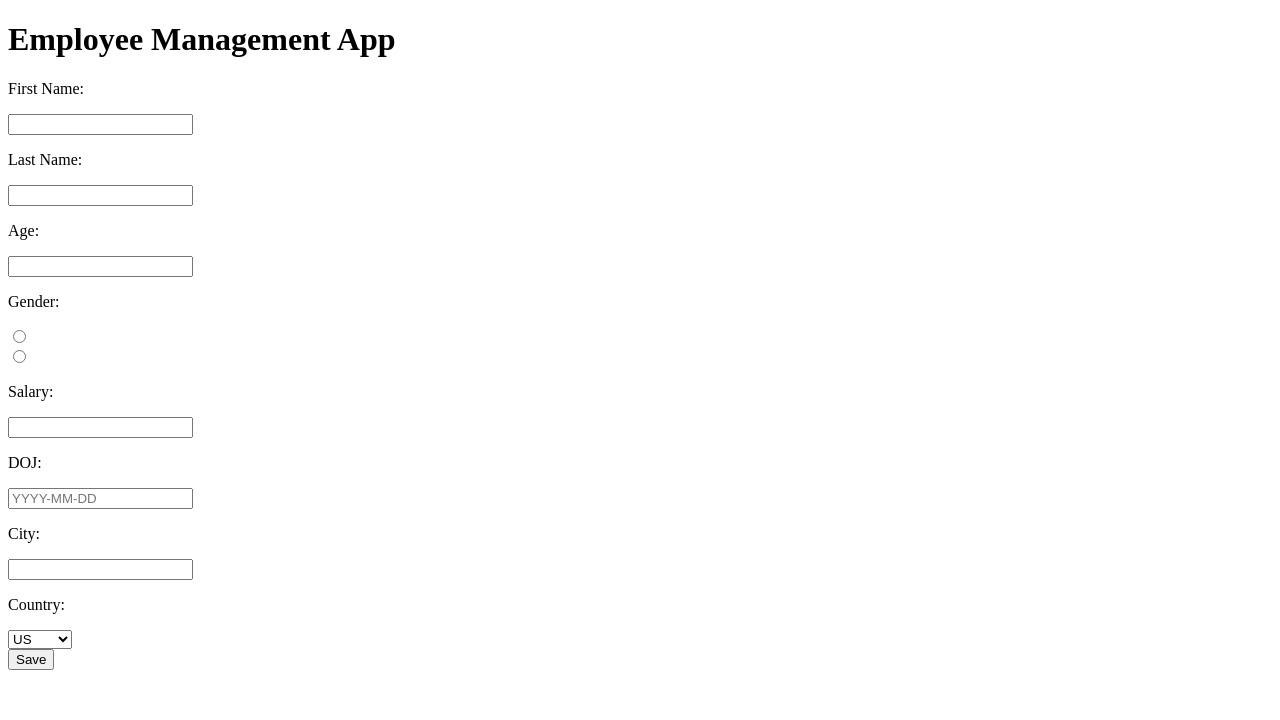
Repository: SaumyaGuptaTechnokrat/Employee_management
Page: http://localhost/Employee/add.jsp
The author's editor kept a copy of each file at every save. The page is drawn from the files as they stood at one save, then again after the next save.
The browser window is 1280 px wide. The pictures show the whole page.
The page is served by Tomcat 9. Other server files are loaded and not shown.

Above is the page before, as saved 2023-02-11 10:39:13.

### Employee/src/main/webapp/add.jsp
<%@ page language="java" contentType="text/html; charset=ISO-8859-1"
    pageEncoding="ISO-8859-1"%>
<!DOCTYPE html>
<html>
<head>
<meta charset="ISO-8859-1">
<title>Insert title here</title>
</head>
<body>
<h1>Employee Management App</h1>
<div class="form_container">
<form action="addRecord.jsp" method="post" >

		<p>First Name:</p><input name="fName" type="text"><br>
		<p>Last Name:</p><input name="lName" type="text"><br>
		<p>Age:</p><input name="age" type="number"><br>
		<p>Gender:</p><input name="Gender" type="radio" value="M"><br>
		<input type="radio" name="Gender" value="F"><br>
		<p>Salary:</p><input name="salary" type="text"><br>
		<p>DOJ:</p><input name="Doj" placeholder="YYYY-MM-DD" type="text"><br>
		<p>City:</p><input name="City" type="text"><br>
		<p>Country:</p><select name="Country">
		<option value="US">US<option/>
		<option value="US">INDIA<option/>
		<option value="US">UK<option/>
		<option value="US">JAPAN<option/>
		</select>
		<br>
		 <input type="submit" id="Submit" value="Save">
</form>
</div>

</body>
</html>

### Employee/src/main/webapp/Mystyle.css
h1{
	text-align:center;padding-top:20px;color:gray;font-size:550%;
}
.form_container{
	margin:0% 30%;
	width:30%;
	border:1px black solid;
	display:grid;
	justify-content:center;
}
input{
	width:99%;
}
#Submit{
	margin-top:5px;
	border:1px black solid;
	border-radius:10px;
}

After the next save:
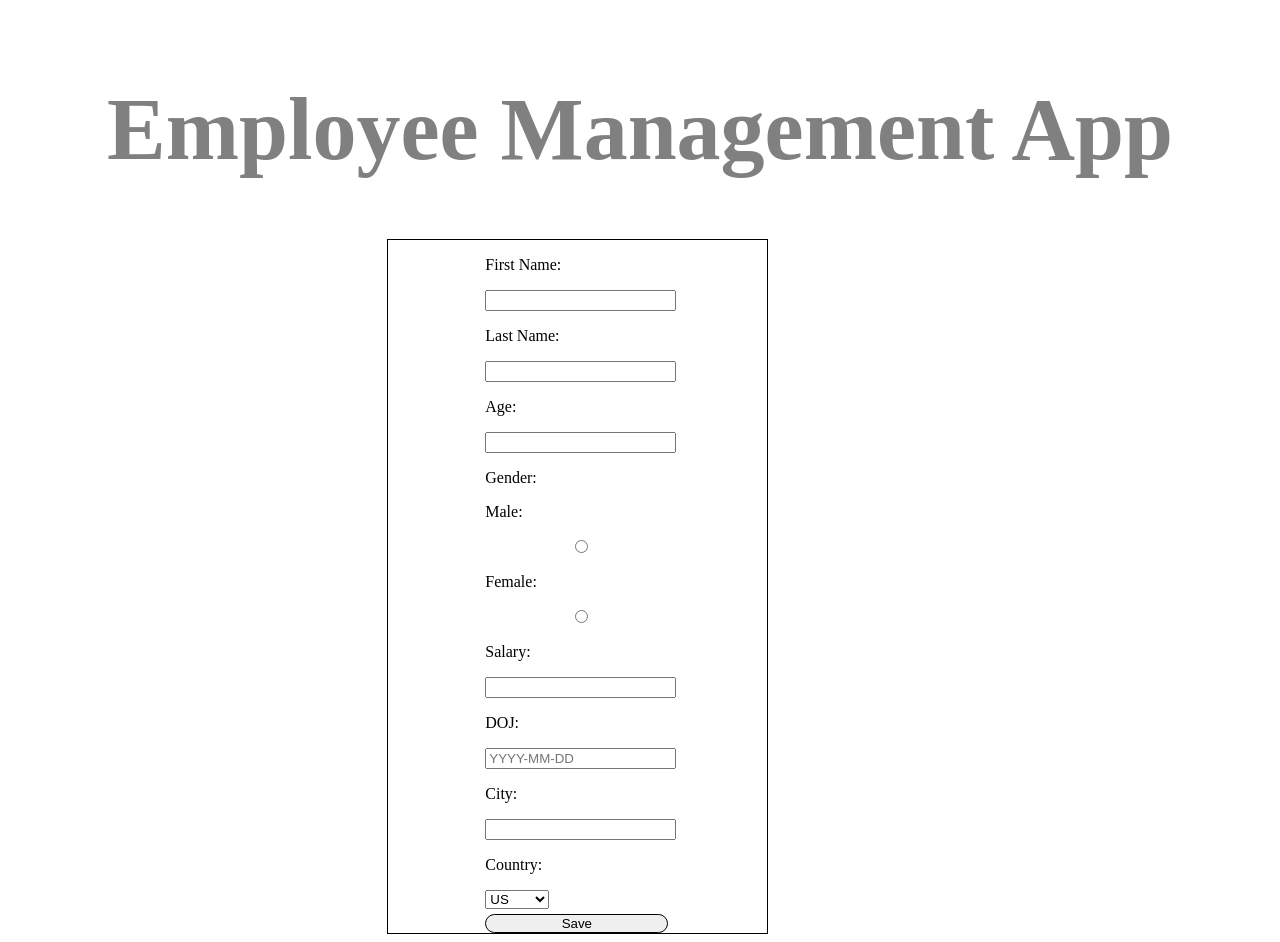
Saved 4 min 37 s later.
--- a/Employee/src/main/webapp/add.jsp
+++ b/Employee/src/main/webapp/add.jsp
@@ -5,6 +5,8 @@
 <head>
 <meta charset="ISO-8859-1">
 <title>Insert title here</title>
+<link rel="stylesheet" href="Mystyle.css">
+
 </head>
 <body>
 <h1>Employee Management App</h1>
@@ -14,8 +16,9 @@
 		<p>First Name:</p><input name="fName" type="text"><br>
 		<p>Last Name:</p><input name="lName" type="text"><br>
 		<p>Age:</p><input name="age" type="number"><br>
-		<p>Gender:</p><input name="Gender" type="radio" value="M"><br>
-		<input type="radio" name="Gender" value="F"><br>
+		<p>Gender:</p>
+		<p>Male:</p><input name="Gender" type="radio" value="M"><br>
+		<p>Female:</p><input type="radio" name="Gender" value="F"><br>
 		<p>Salary:</p><input name="salary" type="text"><br>
 		<p>DOJ:</p><input name="Doj" placeholder="YYYY-MM-DD" type="text"><br>
 		<p>City:</p><input name="City" type="text"><br>
